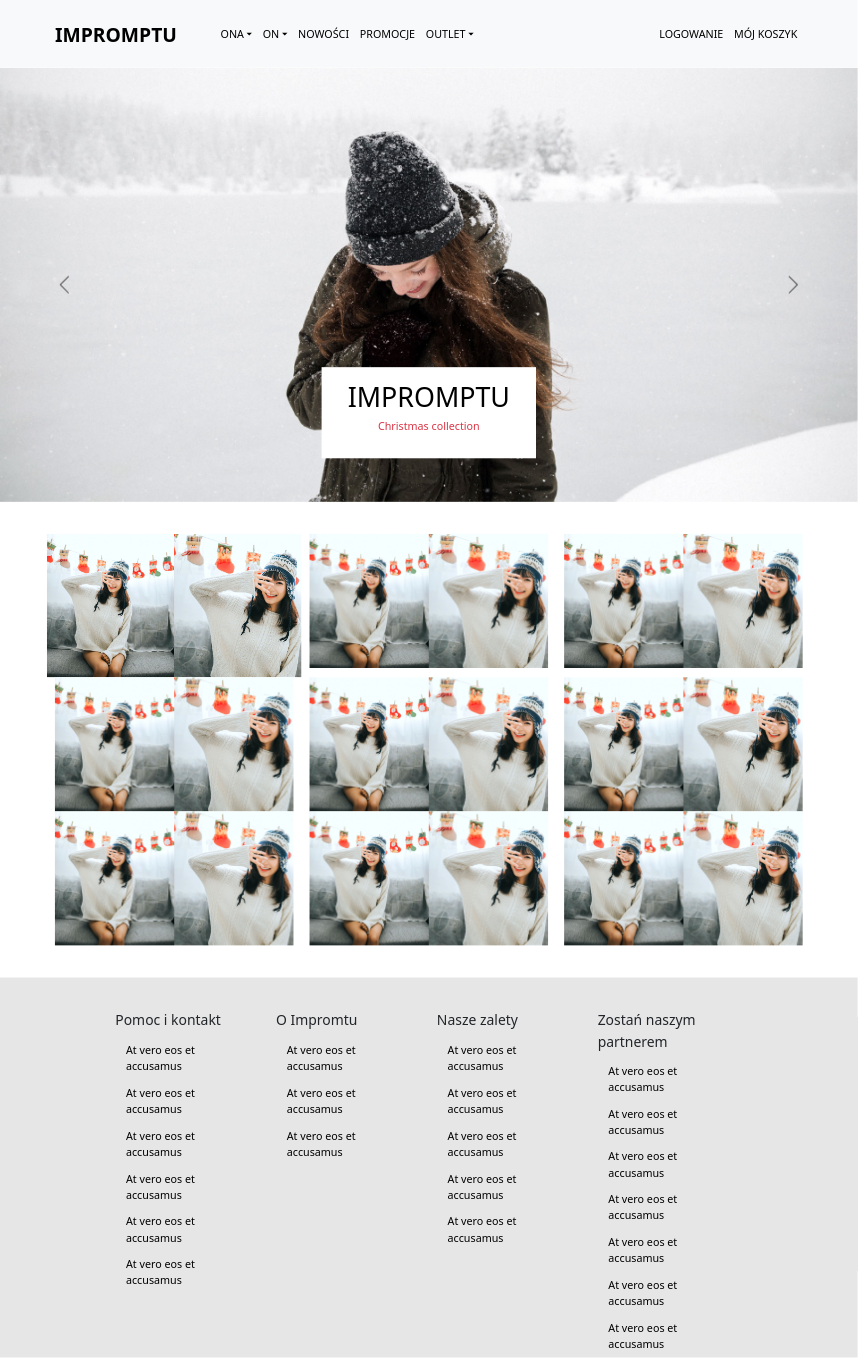
Repository: michalgornicki/Impromptu
Page: /
An editor plug-in stored every save of this project. The page is shown before and after a run of saves, followed by the edit.
The browser window is 1280 px wide. The pictures show the whole page, at 67% of full size.
The project was rebuilt for these pictures with package versions that can differ from the ones it lists, and the page was loaded fresh each time.

Above is the page before, as saved 2021-12-23 14:49:43.

After the next 5 saves:
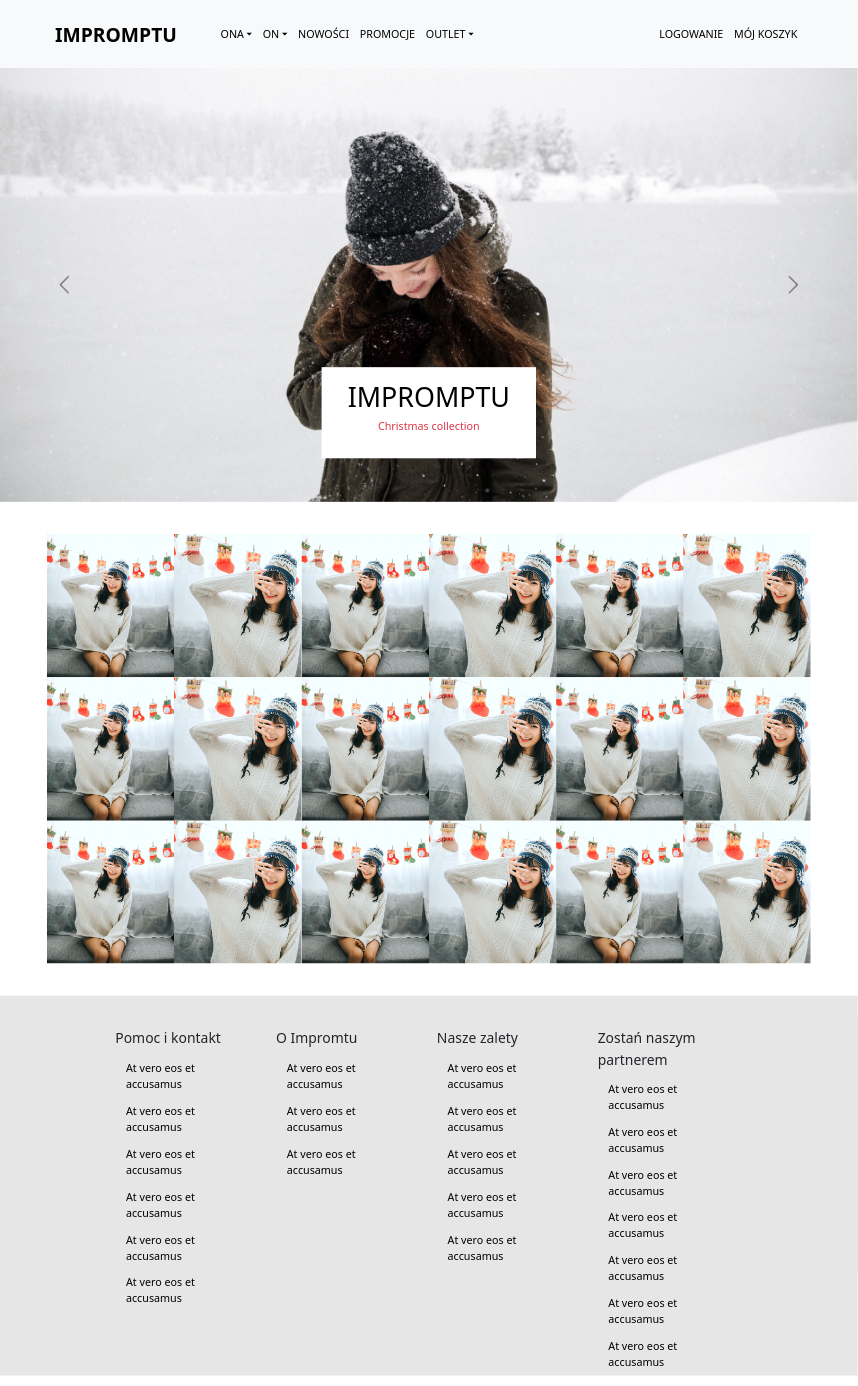
The 5 saves are shown as one change because they came seconds apart.
The last was saved 8 s later.
--- a/src/App.jsx
+++ b/src/App.jsx
@@ -194,18 +194,18 @@ function App() {
 <Container className="mt-5">
 <Row>
     <Col lg={4} className="overflow-hidden p-0"><img className="grid-item" src={photo1} alt="" /></Col>
-    <Col lg={4}><img className="grid-item" src={photo1} alt="" /></Col>
-    <Col lg={4}><img className="grid-item" src={photo1} alt="" /></Col>
+    <Col lg={4} className="overflow-hidden p-0"><img className="grid-item" src={photo1} alt="" /></Col>
+    <Col lg={4} className="overflow-hidden p-0"><img className="grid-item" src={photo1} alt="" /></Col>
   </Row>
   <Row>
-    <Col lg={4}><img className="grid-item" src={photo1} alt="" /></Col>
-    <Col lg={4}><img className="grid-item" src={photo1} alt="" /></Col>
-    <Col lg={4}><img className="grid-item" src={photo1} alt="" /></Col>
+    <Col lg={4} className="overflow-hidden p-0"><img className="grid-item" src={photo1} alt="" /></Col>
+    <Col lg={4} className="overflow-hidden p-0"><img className="grid-item" src={photo1} alt="" /></Col>
+    <Col lg={4} className="overflow-hidden p-0"><img className="grid-item" src={photo1} alt="" /></Col>
   </Row>
   <Row>
-    <Col lg={4}><img className="grid-item" src={photo1} alt="" /></Col>
-    <Col lg={4}><img className="grid-item" src={photo1} alt="" /></Col>
-    <Col lg={4}><img className="grid-item" src={photo1} alt="" /></Col>
+    <Col lg={4} className="overflow-hidden p-0"><img className="grid-item" src={photo1} alt="" /></Col>
+    <Col lg={4} className="overflow-hidden p-0"><img className="grid-item" src={photo1} alt="" /></Col>
+    <Col lg={4} className="overflow-hidden p-0"><img className="grid-item" src={photo1} alt="" /></Col>
   </Row>
 </Container>
 
